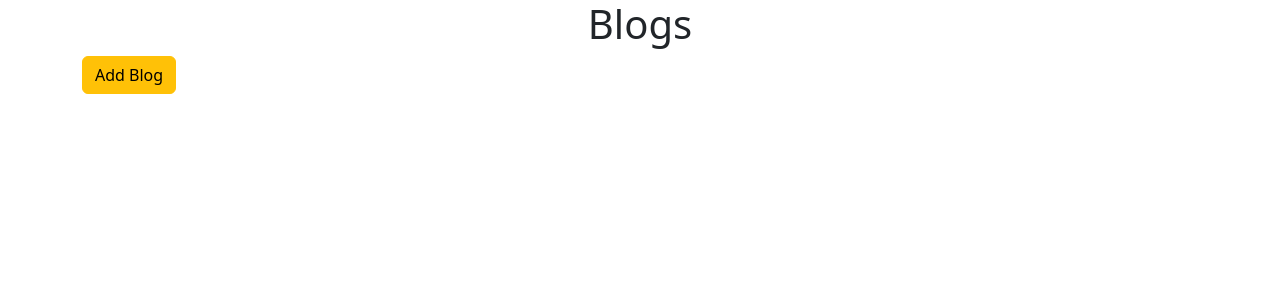
Repository: wasimalbokae2000/blogs
Page: http://localhost/posts
These files come from the project's save history. The page is drawn as it stood at one moment and after the next save; the edit follows.
The browser window is 1280 px wide. The pictures show the whole page.
The page is served by the project's Laravel application, run on PHP 8.4 with Laravel 12. Queries for data that is not in the repository find no rows.

Above is the page before, as saved 2024-11-28 16:46:36.

After the next save:
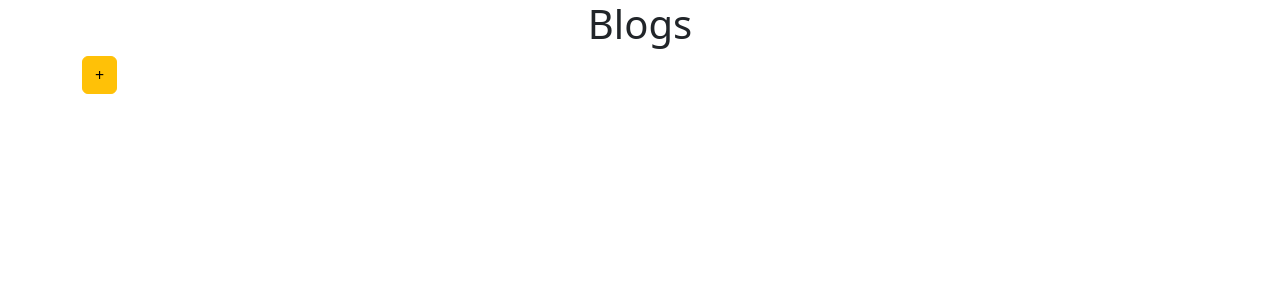
Saved 41 s later.
--- a/resources/views/posts/index.blade.php
+++ b/resources/views/posts/index.blade.php
@@ -18,7 +18,7 @@
 <body>
     <div class="container">
         <h1 class="text-center">Blogs</h1>
-        <a href="{{route('posts.create')}}" class="btn btn-warning">Add Blog</a>
+        <a href="{{route('posts.create')}}" class="btn btn-warning">+</a>
 
     <div class="card-group">
         <div class="row">
